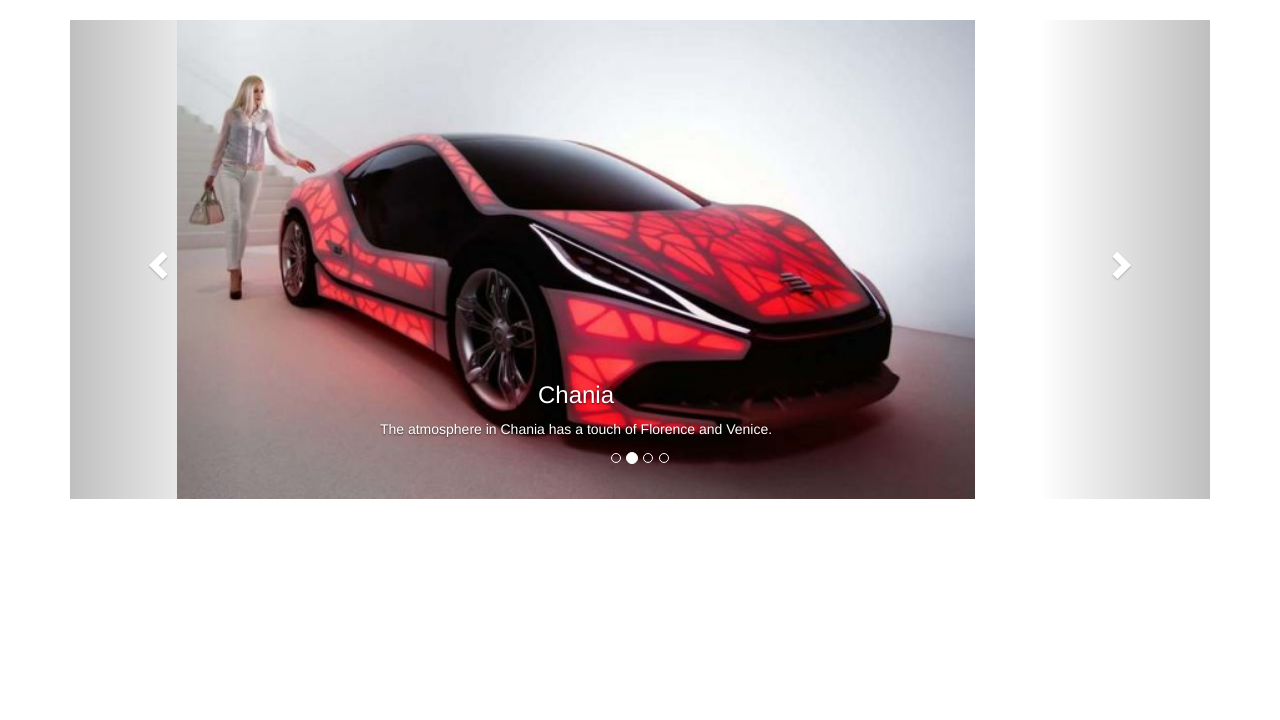
Repository: AravindMarshall/ShoppingCart
Page: http://localhost/Phineas/ContactUs.jsp
These files come from the project's save history. The page is drawn as it stood at one moment and after the next save; the edit follows.
The browser window is 1280 px wide. The pictures show the whole page.
The page is served by Tomcat 9. Other server files are loaded and not shown.

Above is the page before, as saved 2016-06-11 18:55:14.

### NIIT Shopping Cart/Phineas/WebContent/ContactUs.jsp
<%@ page language="java" contentType="text/html; charset=ISO-8859-1"
    pageEncoding="ISO-8859-1"%>

<!DOCTYPE html>
<html lang="en">
<head>
  <title>test1</title>
  <meta charset="utf-8">
  <meta name="viewport" content="width=device-width, initial-scale=1">
  <link rel="stylesheet" href="http://maxcdn.bootstrapcdn.com/bootstrap/3.3.6/css/bootstrap.min.css">
  <script src="https://ajax.googleapis.com/ajax/libs/jquery/1.12.2/jquery.min.js"></script>
  <script src="http://maxcdn.bootstrapcdn.com/bootstrap/3.3.6/js/bootstrap.min.js"></script>
  <style>
  .carousel-inner > .item > img,
  .carousel-inner > .item > a > img {
      width: 70%;
      margin: auto;
  }
  </style>
</head>
<body>

<div class="container">
  <br>
  <div id="myCarousel" class="carousel slide" data-ride="carousel">
    <!-- Indicators -->
    <ol class="carousel-indicators">
      <li data-target="#myCarousel" data-slide-to="0" class="active"></li>
      <li data-target="#myCarousel" data-slide-to="1"></li>
      <li data-target="#myCarousel" data-slide-to="2"></li>
      <li data-target="#myCarousel" data-slide-to="3"></li>
    </ol>

    <!-- Wrapper for slides -->
    <div class="carousel-inner" role="listbox">

      <div class="item active">
        <img src="Car4.jpg" alt="Chania" width="460" height="345">
        <div class="carousel-caption">
          <h3>Chania</h3>
          <p>The atmosphere in Chania has a touch of Florence and Venice.</p>
        </div>
      </div>

      <div class="item">
        <img src="Car1.jpg" alt="Chania" width="460" height="345">
        <div class="carousel-caption">
          <h3>Chania</h3>
          <p>The atmosphere in Chania has a touch of Florence and Venice.</p>
        </div>
      </div>

      <div class="item">
        <img src="Car2.jpg" alt="Flower" width="460" height="345">
        <div class="carousel-caption">
          <h3>Flowers</h3>
          <p>Beatiful flowers in Kolymbari, Crete.</p>
        </div>
      </div>

      <div class="item">
        <img src="Car3.jpg" alt="Flower" width="460" height="345">
        <div class="carousel-caption">
          <h3>Flowers</h3>
          <p>Beatiful flowers in Kolymbari, Crete.</p>
        </div>
      </div>

    </div>

    <!-- Left and right controls -->
    <a class="left carousel-control" href="#myCarousel" role="button" data-slide="prev">
      <span class="glyphicon glyphicon-chevron-left" aria-hidden="true"></span>
      <span class="sr-only">Previous</span>
    </a>
    <a class="right carousel-control" href="#myCarousel" role="button" data-slide="next">
      <span class="glyphicon glyphicon-chevron-right" aria-hidden="true"></span>
      <span class="sr-only">Next</span>
    </a>
  </div>
</div>

</body>
</html>

After the next save:
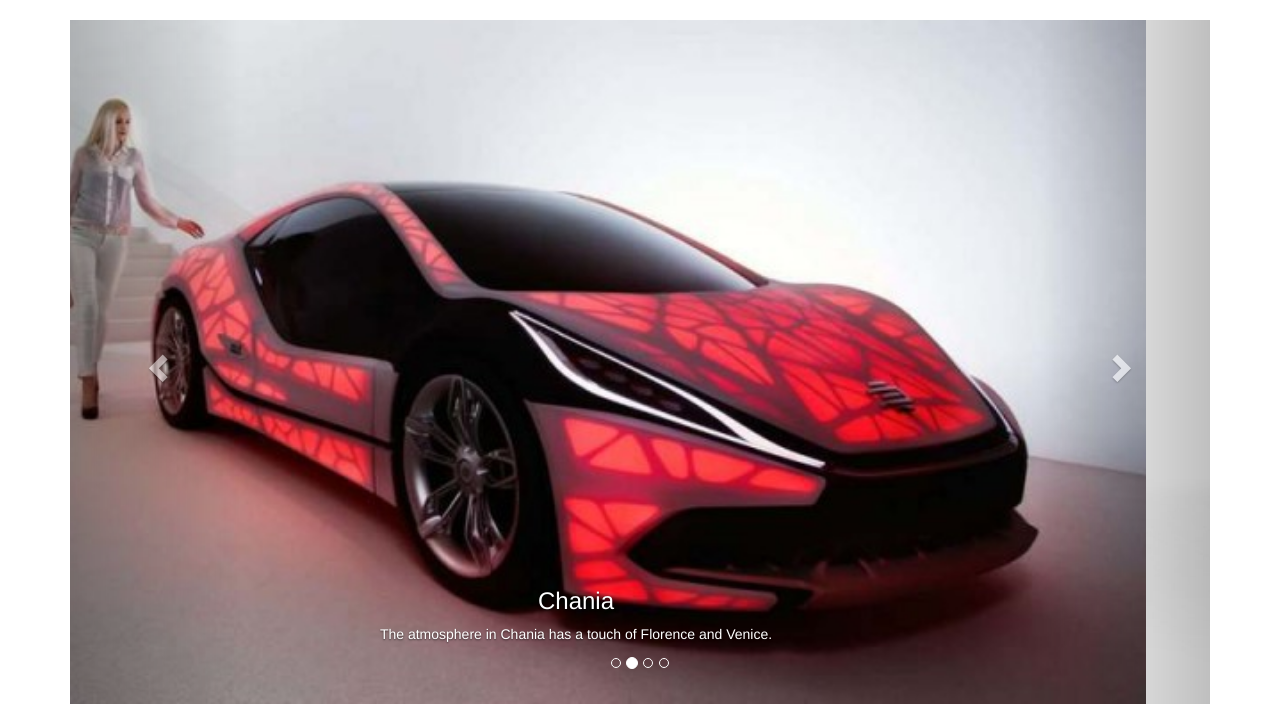
Saved 47 s later.
--- a/NIIT Shopping Cart/Phineas/WebContent/ContactUs.jsp
+++ b/NIIT Shopping Cart/Phineas/WebContent/ContactUs.jsp
@@ -13,7 +13,7 @@
   <style>
   .carousel-inner > .item > img,
   .carousel-inner > .item > a > img {
-      width: 70%;
+      width: 100%;
       margin: auto;
   }
   </style>

After the save that followed:
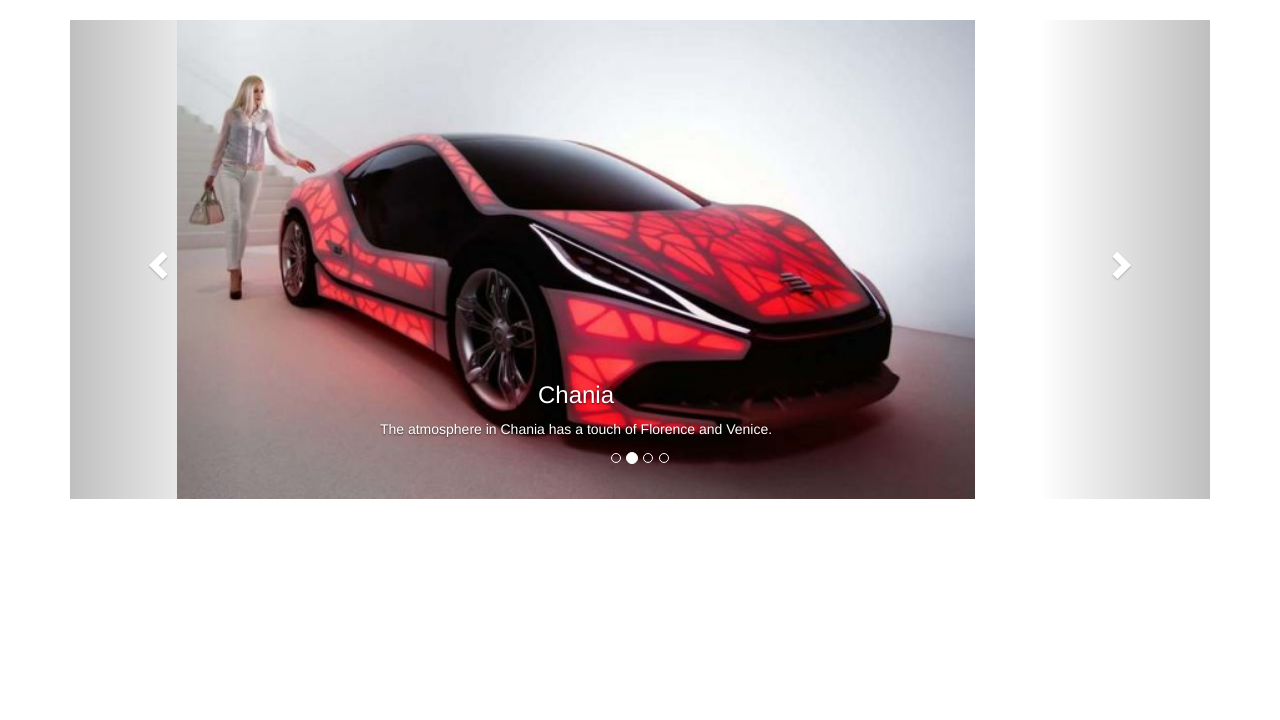
Saved 59 s later.
--- a/NIIT Shopping Cart/Phineas/WebContent/ContactUs.jsp
+++ b/NIIT Shopping Cart/Phineas/WebContent/ContactUs.jsp
@@ -13,7 +13,7 @@
   <style>
   .carousel-inner > .item > img,
   .carousel-inner > .item > a > img {
-      width: 100%;
+      width: 70%;
       margin: auto;
   }
   </style>
